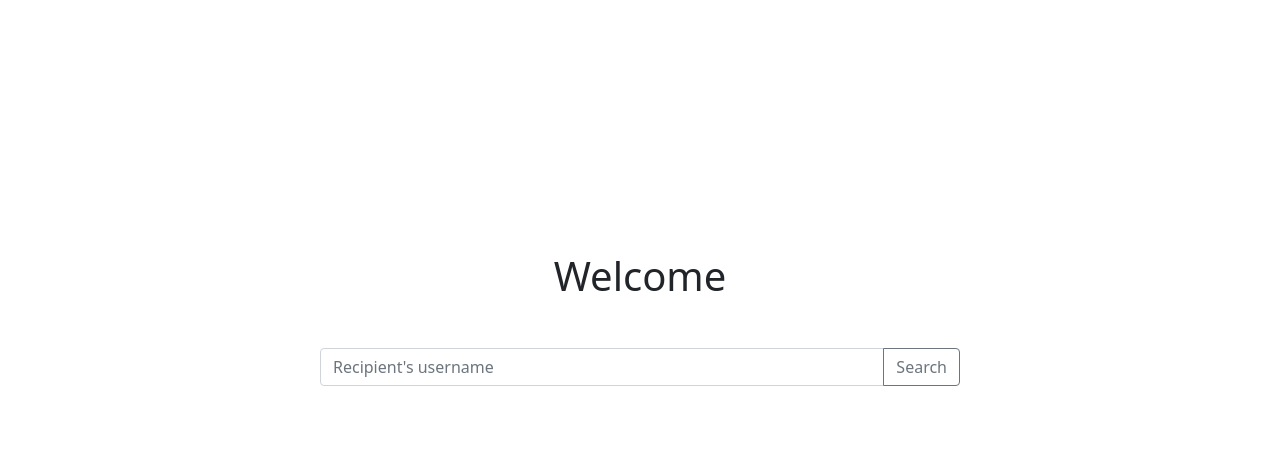
Repository: mehedi9465/PixaBay-Gallery
Page: index.html
The author's editor kept a copy of each file at every save. The page is drawn from the files as they stood at one save, then again after a run of saves.
The browser window is 1280 px wide. The pictures show the whole page.

Above is the page before, as saved 2023-05-09 15:18:30.

### index.html
<!DOCTYPE html>
<html lang="en">
  <head>
    <meta charset="UTF-8" />
    <meta http-equiv="X-UA-Compatible" content="IE=edge" />
    <meta name="viewport" content="width=device-width, initial-scale=1.0" />
    <title>Pixabay</title>
    <link
      rel="shortcut icon"
      href="https://pixabay.com/favicon-32x32.png"
      type="image/x-icon"
    />
    <link
      href="https://cdn.jsdelivr.net/npm/bootstrap@5.1.1/dist/css/bootstrap.min.css"
      rel="stylesheet"
      integrity="sha384-F3w7mX95PdgyTmZZMECAngseQB83DfGTowi0iMjiWaeVhAn4FJkqJByhZMI3AhiU"
      crossorigin="anonymous"
    />
    <script
      src="https://cdn.jsdelivr.net/npm/bootstrap@5.1.1/dist/js/bootstrap.bundle.min.js"
      integrity="sha384-/bQdsTh/da6pkI1MST/rWKFNjaCP5gBSY4sEBT38Q/9RBh9AH40zEOg7Hlq2THRZ"
      crossorigin="anonymous"
    ></script>
    <link rel="stylesheet" href="css/style.css" />
  </head>
  <body>
    <main>
      <div class="input-group mt-5 mb-5 w-50 mx-auto overflow-hidden d-none">
        <input
          type="text"
          class="form-control"
          placeholder="Recipient's username"
          aria-label="Recipient's username"
          aria-describedby="button-addon2"
          id="InputField"
        />
        <button
          class="btn btn-outline-secondary"
          type="button"
          id="button-addon2"
        >
          Search
        </button>
      </div>
      <div class="position-relative" style="height: 70vh">
        <div
          class="text-center position-absolute start-0 end-0 top-50 bottom-50"
        >
          <h1>Welcome</h1>
          <div class="input-group mt-5 mb-5 w-50 mx-auto overflow-hidden">
            <input
              type="text"
              class="form-control"
              placeholder="Recipient's username"
              aria-label="Recipient's username"
              aria-describedby="button-addon2"
              id="InputField"
            />
            <button
              class="btn btn-outline-secondary"
              type="button"
              id="button-addon2"
            >
              Search
            </button>
          </div>
        </div>
      </div>
      <div
        id="details"
        class="text-center mb-5 position-relative overflow-auto"
      ></div>

      <div
        id="image-Container"
        class="row row-cols-1 row-cols-md-4 g-4 overflow-hidden"
      ></div>
    </main>

    <!-- <main>
      <div class="position-relative" style="height: 80vh">
        <div
          class="text-center fs-1 position-absolute top-50 bottom-50 start-0 end-0 m-auto"
        >
          <h1 id="welcometxt" class="text-center fs-1">
            Welcome to Pixabay Gallery
          </h1>
          <div class="input-group mt-5 mb-5 w-50 mx-auto overflow-hidden">
            <input
              type="text"
              class="form-control"
              placeholder="Recipient's username"
              aria-label="Recipient's username"
              aria-describedby="button-addon2"
              id="InputField"
            />
            <button
              class="btn btn-outline-secondary"
              type="button"
              id="button-addon2"
            >
              Search
            </button>
          </div>
        </div>
      </div>

      <div
        id="details"
        class="text-center mb-5 position-relative overflow-auto"
      ></div>

      <div
        id="image-Container"
        class="row row-cols-1 row-cols-md-4 g-4 overflow-hidden"
      ></div>
    </main> -->

    <script src="js/script.js"></script>
  </body>
</html>

### css/style.css
.col img{
    width: 450px;
    height: 350px;
    object-fit: cover;
}

### js/script.js
const KEY = "12991928-c7c6409774c494db9971343c7";
let dataList = [];

const getData = (query) => {
  fetch(
    `https://pixabay.com/api/?key=${KEY}&q=${query}&image_type=photo&pretty=true`
  )
    .then((response) => response.json())
    .then((data) => loadData(data.hits))
    .catch((err) => console.log(err));
};

document.getElementById("button-addon2").addEventListener("click", () => {
  const inputValue = document.getElementById("InputField").value;
  getData(inputValue);
});

const loadData = (datas) => {
  dataList = [...datas];
  if (datas.length === 0) {
    alert("No result found");
    return;
  }
  const imageContainer = document.getElementById("image-Container");
  imageContainer.innerHTML = "";
  datas.forEach((data) => {
    let imgSerial = datas.indexOf(data);
    const appendDiv = document.createElement("div");
    appendDiv.innerHTML = `
        <div id="image" class="col text-center" onclick="loadDetails('${data.largeImageURL}', '${imgSerial}')">
            <img src="${data.largeImageURL}" class="card-img-top" alt="...">
        </div>
        `;
    imageContainer.appendChild(appendDiv);
  });
};

const detailDiv = document.getElementById("details");

document.getElementById("InputField").addEventListener("click", () => {
  document.getElementById("InputField").value = "";
});

const loadDetails = (data, imgSerial) => {
  // console.log(imgSerial);
  const img = document.createElement("img");
  img.setAttribute("src", data);

  const nextBTN = document.createElement("span");
  // nextBTN.innerHTML = `<button class="btn btn-secondary border-0 outline-0">Next</button>`
  nextBTN.innerHTML = `<img src="https://cdn-icons-png.flaticon.com/512/892/892528.png" width='80' class="position-absolute end-0 top-50 bottom-50 m-auto cursor-pointer" alt="..." onclick="onNext('${imgSerial}')" />`;

  const prevBTN = document.createElement("span");
  // prevBTN.innerHTML = `<button class="btn btn-secondary border-0 outline-0">Prev</button>`
  prevBTN.innerHTML = `<img src="https://cdn-icons-png.flaticon.com/512/892/892512.png" width='80' class="position-absolute start-0 top-50 bottom-50 m-auto cursor-pointer" alt="..." onclick="onPrev('${imgSerial}')" />`;

  detailDiv.innerHTML = "";
  detailDiv.append(prevBTN);
  detailDiv.appendChild(img);
  detailDiv.append(nextBTN);
};

const onNext = (imgSerial) => {
  if (imgSerial >= 0 && imgSerial <= 18) {
    imgSerial++;
    const data = dataList[imgSerial];
    loadDetails(data.largeImageURL, imgSerial);
  } else if (imgSerial == 19) {
    imgSerial = 0;
    const data = dataList[imgSerial];
    loadDetails(data.largeImageURL, imgSerial);
  }
};

const onPrev = (imgSerial) => {
  if (imgSerial <= 19 && imgSerial >=1) {
    imgSerial--;
    const data = dataList[imgSerial];
    loadDetails(data.largeImageURL, imgSerial);
  } else if (imgSerial == 0) {
    imgSerial = 19;
    const data = dataList[imgSerial];
    loadDetails(data.largeImageURL, imgSerial);
  }
};

// const nextBTN = ' <span><img class="border-0 outline-0" src="https://cdn-icons-png.flaticon.com/512/892/892512.png" alt="Prev" width="200"></span>'
// const prevBTN = '<span><img src="https://cdn-icons-png.flaticon.com/512/892/892528.png" alt="Next" width="200"></span>'

After the next 3 saves:
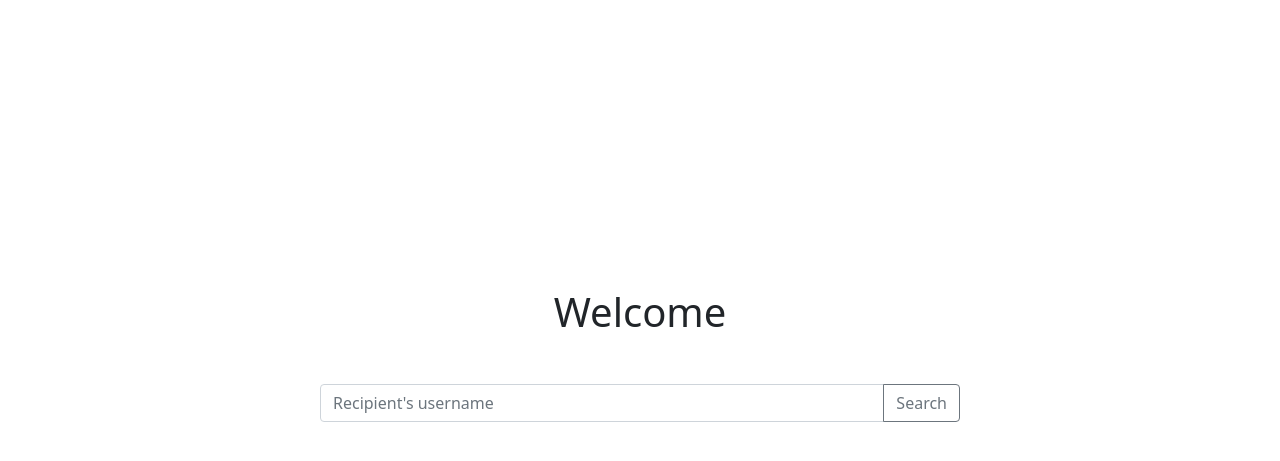
The 3 saves are shown as one change because they came seconds apart.
The last was saved 8 s later.
--- a/index.html
+++ b/index.html
@@ -42,7 +42,7 @@
           Search
         </button>
       </div>
-      <div class="position-relative" style="height: 70vh">
+      <div class="position-relative" style="height: 80vh">
         <div
           class="text-center position-absolute start-0 end-0 top-50 bottom-50"
         >
